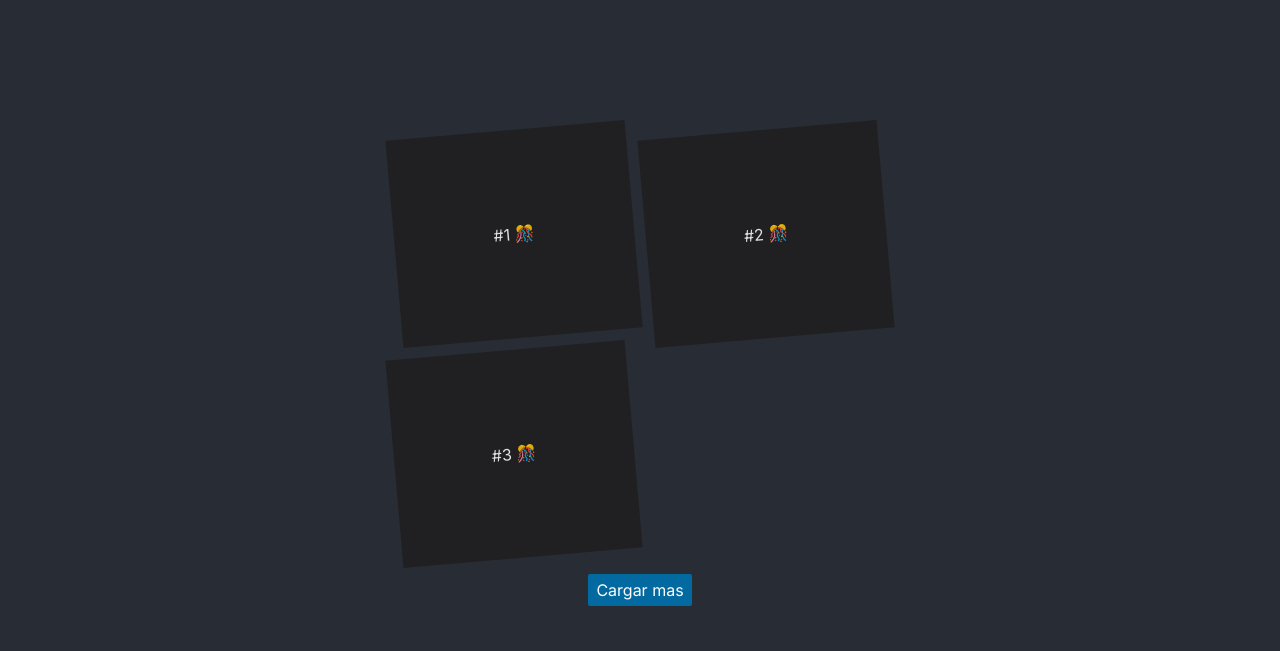
Repository: devsecops-node/simple-play
Page: /recomendations
An editor plug-in stored every save of this project. The page is shown before and after the next save, followed by the edit.
The browser window is 1280 px wide. The pictures show the whole page.
The project was rebuilt for these pictures with package versions that can differ from the ones it lists, and the page was loaded fresh each time. The framework's server and built-in components were replaced by stand-ins that run in the browser. Also part of the build but not shown: next.config.mjs.

Above is the page before, as saved 2024-06-21 19:34:22.

### src/app/recomendations/page.tsx
"use client"
import React from 'react'
import Container from '../_components/Container'
import Card from '../_components/Card'
import styles from "../_styles/cards.module.css"
import { useState, useRef } from 'react'

export interface RecomendationUI2 {
  id: number
  recomenda: string
}

const page = () => {
  const [hover, setHover] = useState(false);
  const [count, setCount] = useState(0)
  const recom: RecomendationUI2[] = [
    { id: 1, recomenda: 'Cuando sonries, el mundo entero se detiene, es tan triste que no lo veas' },
    { id: 2, recomenda: 'Si me preguntas que si te ves bien, diria que no hay nada que cambiaria, eres increible, tal como eres' },
    { id: 3, recomenda: 'Ya deja de preocuparte, recuerda que' }]

  const rightMove = () => {
    console.log(count)
    if (count < 0) {
      setCount(count + 1)
    }
    setCount(count+1)
  }

  const leftMove = () => {
    console.log(count)
    if (count < 0) {
      setCount(count - 1)
    }
  }
  return (
    <Container>
      <div className={styles.container}>
        <div className={styles.cards}>
          {recom.map((dat) => (
            <Card key={dat.id} recomenda={dat} />
          ))}
        </div>

      </div>
      <button
        onMouseEnter={() => rightMove()}
        className={`px-2 py-1 bg-sky-700 rounded-sm  ${(count % 3 === 0) ? styles.midle : (count % 2 === 0) ? styles.start : styles.final}`}
      >
        Cargar mas
      </button>
    </Container>
  )
}

export default page

### src/app/globals.css
@tailwind base;
@tailwind components;
@tailwind utilities;

:root {
  --foreground-rgb: 0, 0, 0;
  --background-start-rgb: 214, 219, 220;
  --background-end-rgb: 255, 255, 255;
}

@media (prefers-color-scheme: dark) {
  :root {
    --foreground-rgb: 255, 255, 255;
    --background-start-rgb: 0, 0, 0;
    --background-end-rgb: 0, 0, 0;
  }
}

body {
  color: rgb(var(--foreground-rgb));
  background: linear-gradient(to bottom,
      transparent,
      rgb(var(--background-end-rgb))) rgb(var(--background-start-rgb));
}

@layer utilities {
  .text-balance {
    text-wrap: balance;
  }
}

input {
  color: black;
  padding: 3px 5px;
  border-radius: 0.125rem;
  -webkit-border-radius: 0.125rem;
  -moz-border-radius: 0.125rem;
  -ms-border-radius: 0.125rem;
  -o-border-radius: 0.125rem;
  font-size: 15px;
  border: none;
}

input[type=text]:focus {
  outline: 2px solid #0284c7;
}
/* Resource for Card */

### src/app/_components/Container.tsx
import React from 'react'

const Container = ({ children }: { children: React.ReactNode }) => {
  return (
    <div className='bg-[#282c34] h-screen text-white flex flex-col items-center justify-center'>
      {children}
    </div>
  )
}

export default Container

### src/app/_components/Card.tsx
"use client"
import React, { useState } from 'react'
import styles from "../_styles/cards.module.css"
import { RecomendationUI2 } from '../recomendations/page'

// h-[120px] w-[200px] cursor-pointer p-4 rounded-md bg-white shadow-md text-black transition-all duration-150 hover:scale-105
const Card = ({ recomenda }: { recomenda: RecomendationUI2 }) => {
  const [status, setStatus] = useState(false)
  return (
    <div className={styles.card} onMouseEnter={() => setStatus(true)} onMouseLeave={() => setStatus(false)}>
      <h2 className={styles.card_title}>#{recomenda.id} 🎊</h2>
      {status ? (<p className={styles.texto}>{recomenda.recomenda}</p>) : null}
    </div>
  )
}

export default Card

### src/app/_styles/cards.module.css
.container {
  /* width: 100%; */
  padding: 1rem 0;
  display: grid;
  place-content: center;

  .cards {
    display: grid;
    grid-template-columns: repeat(2, 1fr);
    gap: 0.75rem;
    pointer-events: none;
  }
}

.card {
  height: 13rem;
  width: 15rem;
  color: #ffffffda;
  padding: 1.5rem;
  background-color: #202022;
  pointer-events: auto;
  opacity: 1;
  transition: all 0.5s ease-in-out;
  display: flex;
  justify-items: center;
  align-items: center;
  flex-direction: column;
  -webkit-transition: all 0.5s ease-in-out;
  -moz-transition: all 0.5s ease-in-out;
  -ms-transition: all 0.5s ease-in-out;
  -o-transition: all 0.5s ease-in-out;
  transform: rotate(-5deg);
}
@media(max-width:720px){
  .card{
    min-height: 8rem;
    width: 10rem;
    overflow-y: scroll;
  }
  .texto{
    letter-spacing: -0.05em;
    font-size: 12px;
  }
}

.card:hover {
  transform: scale(1.2);
  -webkit-transform: scale(1.2);
  -moz-transform: scale(1.2);
  -ms-transform: scale(1.2);
  -o-transform: scale(1.2);
  border: 1px solid wheat;
  z-index: 10;
}
.card_title{
  margin: auto 0;
}
.animation_button{
  padding: 10px 20px;
  font-size: 16px;
  cursor: pointer;
  position: relative;
  transition: transform 0.5s ease;
  -webkit-transition: transform 0.5s ease;
  -moz-transition: transform 0.5s ease;
  -ms-transition: transform 0.5s ease;
  -o-transition: transform 0.5s ease;
}
.animation_button {
  align-self: center;
}
.start{
  align-self: flex-start;
  background-color: red;
}
.middle{
  align-self: center;
  background-color: blue;
}
.final{
  align-self: self-end;
  background-color: green;
}

Loaded but not shown: src/app/layout.tsx (common file); tailwind.config.ts (common file)

After the next save:
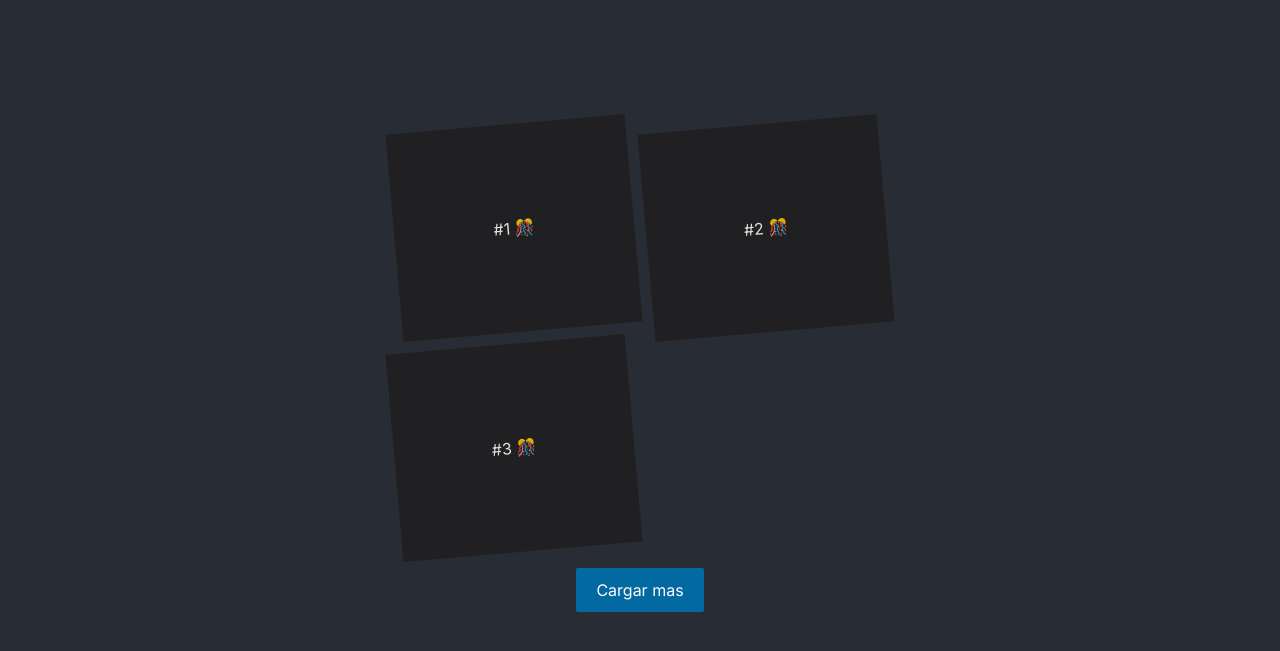
Saved 27 s later.
--- a/src/app/recomendations/page.tsx
+++ b/src/app/recomendations/page.tsx
@@ -44,7 +44,7 @@ const page = () => {
       </div>
       <button
         onMouseEnter={() => rightMove()}
-        className={`px-2 py-1 bg-sky-700 rounded-sm  ${(count % 3 === 0) ? styles.midle : (count % 2 === 0) ? styles.start : styles.final}`}
+        className={`px-2 py-1 bg-sky-700 rounded-sm ${styles.animation_button }  ${(count % 3 === 0) ? styles.midle : (count % 2 === 0) ? styles.start : styles.final}`}
       >
         Cargar mas
       </button>
